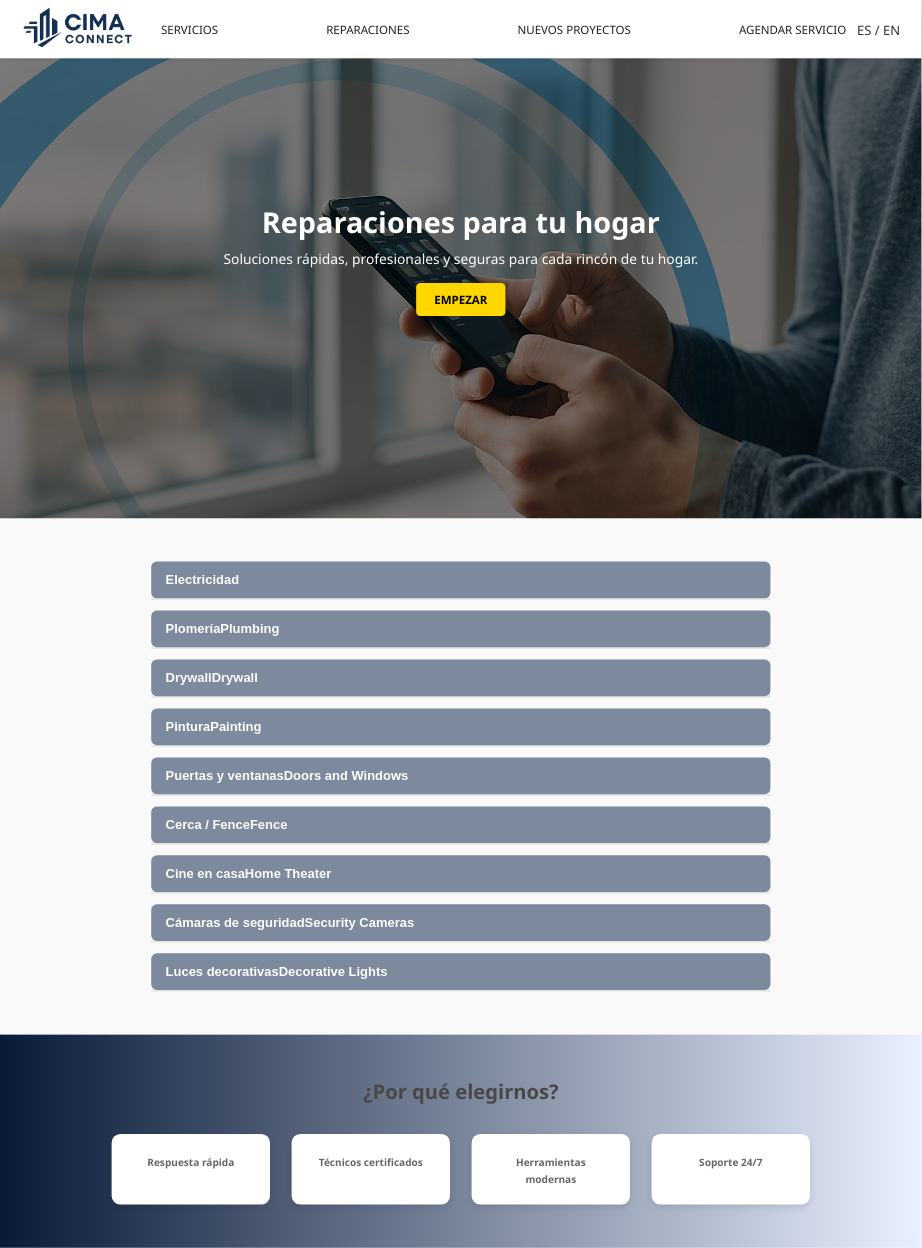
Repository: medranokaren/cima-connect
Page: reparaciones.html
The author's editor kept a copy of each file at every save. The page is drawn from the files as they stood at one save, then again after the next save.
The browser window is 1280 px wide. The pictures show the whole page, at 72% of full size.

Above is the page before, as saved 2025-07-28 21:03:22.

After the next save:
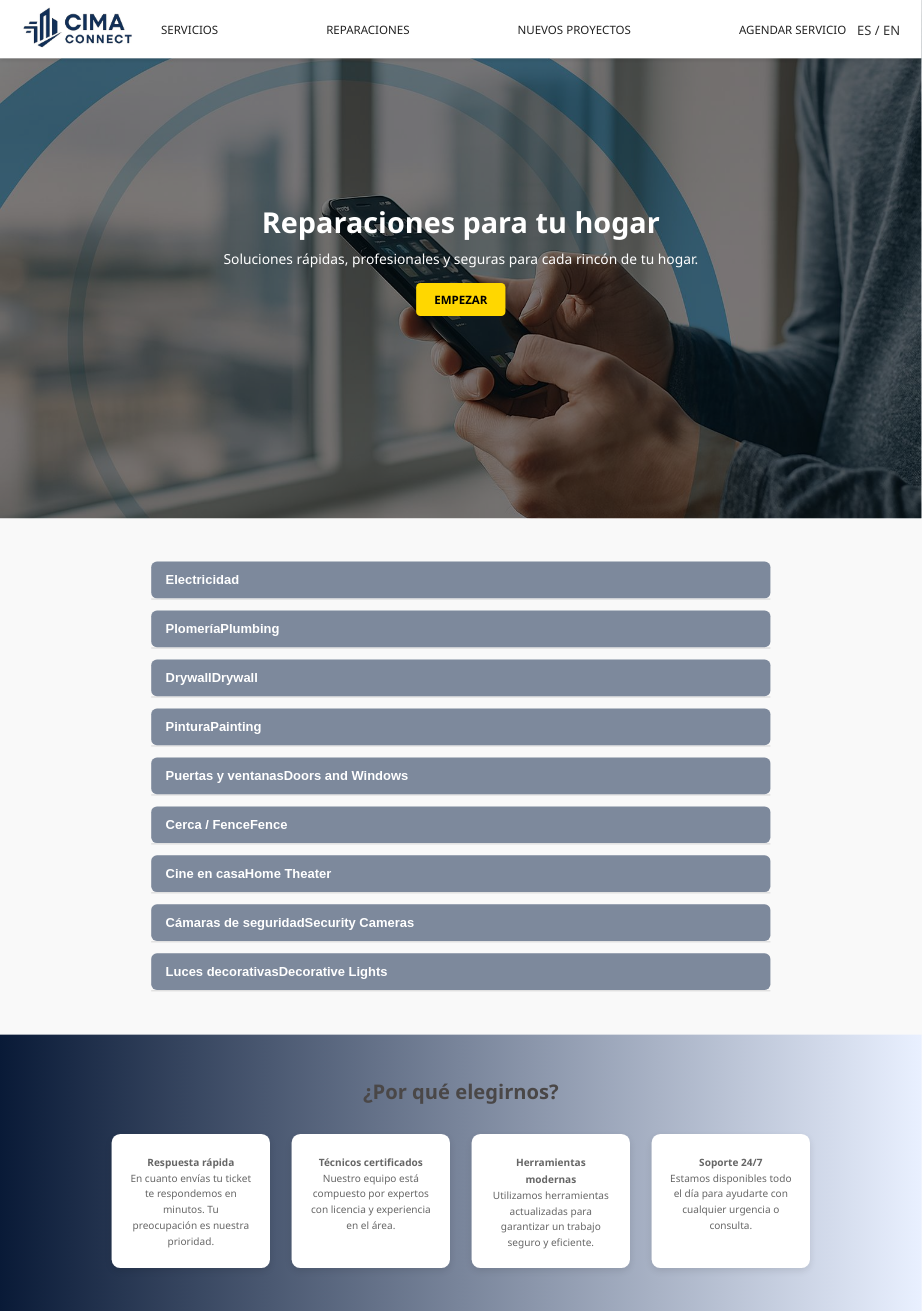
Saved 36 min 21 s later.
--- a/reparaciones.html
+++ b/reparaciones.html
@@ -165,41 +165,84 @@
 </section>
 
 
-  <!-- sección tarjetas -->
+
+<!-- sección tarjetas con efecto flip -->
 <section class="why-choose">
   <h2>
     <span class="es">¿Por qué elegirnos?</span>
     <span class="en" style="display: none;">Why Choose Us?</span>
   </h2>
+
   <div class="features">
-    <div class="feature-box">
-      <i class="fas fa-bolt"></i>
-      <h3>
-        <span class="es">Respuesta rápida</span>
-        <span class="en" style="display: none;">Fast Response</span>
-      </h3>
-    </div>
-    <div class="feature-box">
-      <i class="fas fa-user-hard-hat"></i>
-      <h3>
-        <span class="es">Técnicos certificados</span>
-        <span class="en" style="display: none;">Certified Technicians</span>
-      </h3>
-    </div>
-    <div class="feature-box">
-      <i class="fas fa-tools"></i>
-      <h3>
-        <span class="es">Herramientas modernas</span>
-        <span class="en" style="display: none;">Modern Tools</span>
-      </h3>
-    </div>
-    <div class="feature-box">
-      <i class="fas fa-headset"></i>
-      <h3>
-        <span class="es">Soporte 24/7</span>
-        <span class="en" style="display: none;">24/7 Support</span>
-      </h3>
-    </div>
+
+    <!-- Tarjeta 1 -->
+    <div class="feature-box">
+      <div class="flip-card-inner">
+        <div class="flip-card-front">
+          <i class="fas fa-bolt"></i>
+          <h3>
+            <span class="es">Respuesta rápida</span>
+            <span class="en" style="display: none;">Fast Response</span>
+          </h3>
+        </div>
+        <div class="flip-card-back">
+          <span class="es">En cuanto envías tu ticket te respondemos en minutos. Tu preocupación es nuestra prioridad.</span>
+          <span class="en" style="display: none;">As soon as you send your ticket, we respond in minutes. Your concern is our priority.</span>
+        </div>
+      </div>
+    </div>
+
+    <!-- Tarjeta 2 -->
+    <div class="feature-box">
+      <div class="flip-card-inner">
+        <div class="flip-card-front">
+          <i class="fas fa-user-hard-hat"></i>
+          <h3>
+            <span class="es">Técnicos certificados</span>
+            <span class="en" style="display: none;">Certified Technicians</span>
+          </h3>
+        </div>
+        <div class="flip-card-back">
+          <span class="es">Nuestro equipo está compuesto por expertos con licencia y experiencia en el área.</span>
+          <span class="en" style="display: none;">Our team is made up of licensed experts with field experience.</span>
+        </div>
+      </div>
+    </div>
+
+    <!-- Tarjeta 3 -->
+    <div class="feature-box">
+      <div class="flip-card-inner">
+        <div class="flip-card-front">
+          <i class="fas fa-tools"></i>
+          <h3>
+            <span class="es">Herramientas modernas</span>
+            <span class="en" style="display: none;">Modern Tools</span>
+          </h3>
+        </div>
+        <div class="flip-card-back">
+          <span class="es">Utilizamos herramientas actualizadas para garantizar un trabajo seguro y eficiente.</span>
+          <span class="en" style="display: none;">We use up-to-date tools to ensure safe and efficient work.</span>
+        </div>
+      </div>
+    </div>
+
+    <!-- Tarjeta 4 -->
+    <div class="feature-box">
+      <div class="flip-card-inner">
+        <div class="flip-card-front">
+          <i class="fas fa-headset"></i>
+          <h3>
+            <span class="es">Soporte 24/7</span>
+            <span class="en" style="display: none;">24/7 Support</span>
+          </h3>
+        </div>
+        <div class="flip-card-back">
+          <span class="es">Estamos disponibles todo el día para ayudarte con cualquier urgencia o consulta.</span>
+          <span class="en" style="display: none;">We're available all day to help with any emergency or inquiry.</span>
+        </div>
+      </div>
+    </div>
+
   </div>
 </section>
 
